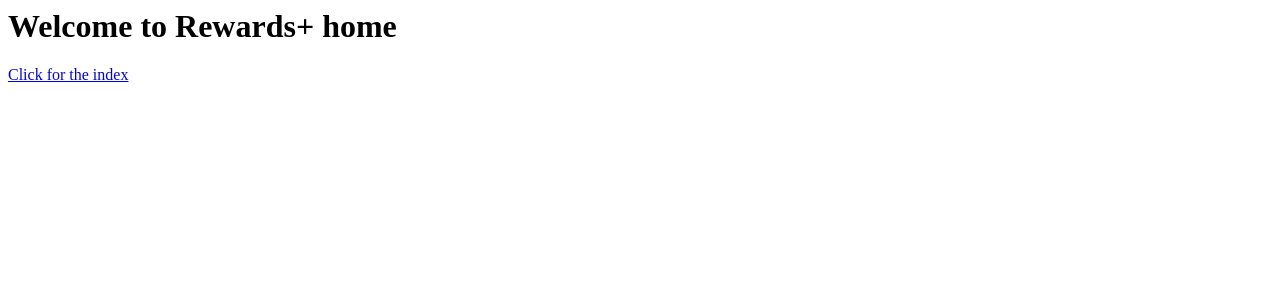
Repository: ahpraveen/springbootdemo
Page: demo/src/main/resources/static/home.html
An editor plug-in stored every save of this project. The page is shown before and after the next save, followed by the edit.
The browser window is 1280 px wide. The pictures show the whole page.

Above is the page before, as saved 2018-01-21 23:18:06.

### demo/src/main/resources/static/home.html
<html>
<head>
<title>Home - Rewards+</title>
</head>
<body>
<h1> Welcome to Rewards+ home</h1>
<a href=".././index.html">Click for the index</a>
</body>
</html>

After the next save:
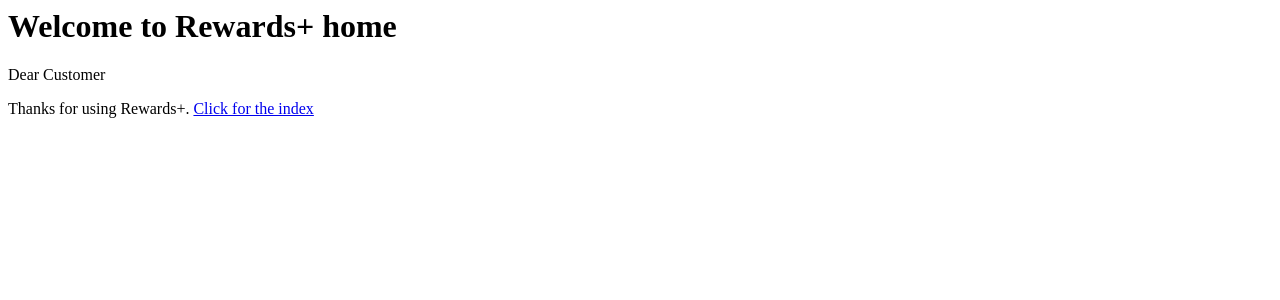
Saved 105 s later.
--- a/demo/src/main/resources/static/home.html
+++ b/demo/src/main/resources/static/home.html
@@ -4,6 +4,8 @@
 </head>
 <body>
 <h1> Welcome to Rewards+ home</h1>
+<p> Dear Customer</p>
+<p> Thanks for using Rewards+.
 <a href=".././index.html">Click for the index</a>
 </body>
 </html>
